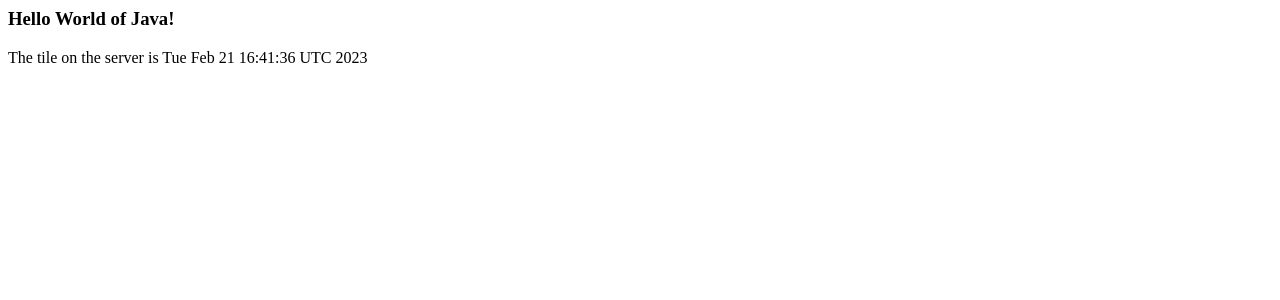
Repository: fhellipevalentin/jsp-classes
Page: http://localhost/jspdemo/helloworld.jsp
The author's editor kept a copy of each file at every save. The page is drawn from the files as they stood at one save, then again after the next save.
The browser window is 1280 px wide. The pictures show the whole page.
The page is served by Tomcat 9.

Above is the page before, as saved 2023-02-21 16:46:59.

After the next save:
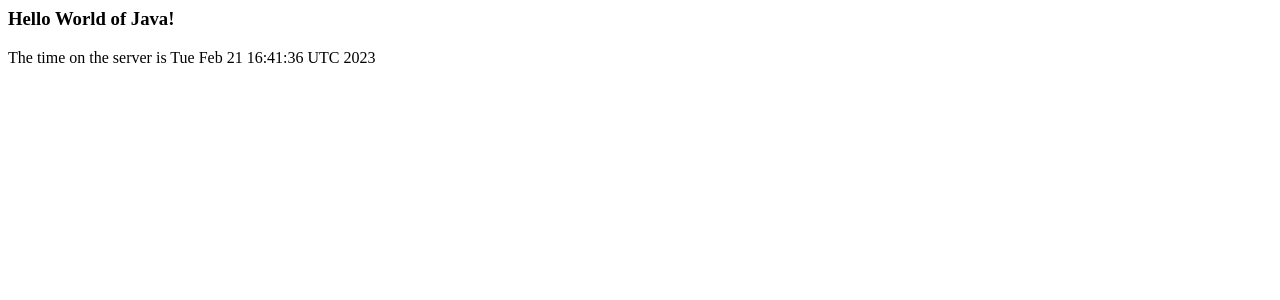
Saved 37 min 6 s later.
--- a/jspdemo/WebContent/helloworld.jsp
+++ b/jspdemo/WebContent/helloworld.jsp
@@ -4,6 +4,6 @@
 	</head>
 	<body>
 		<h3>Hello World of Java!</h3>
-		The tile on the server is <%= new java.util.Date() %>
+		The time on the server is <%= new java.util.Date() %>
 	</body>
 </html>
